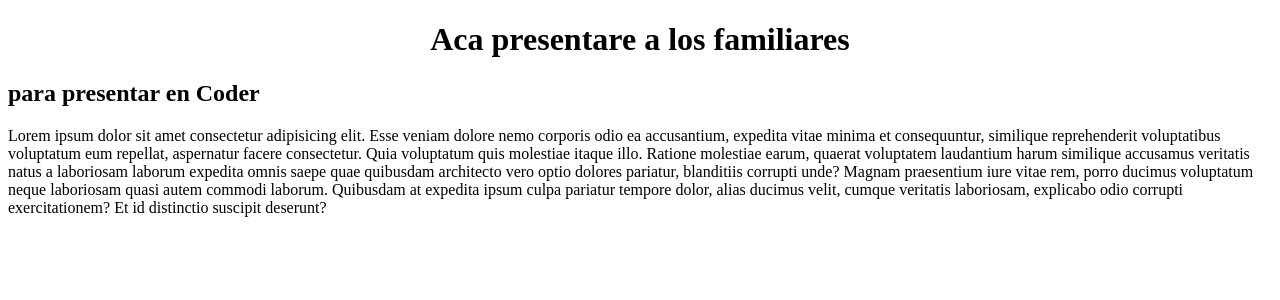
Repository: gadiazsaavedra/Familiares
Page: Familiares/Familiares/plantillas/template1.html
An editor plug-in stored every save of this project. The page is shown before and after the next save, followed by the edit.
The browser window is 1280 px wide. The pictures show the whole page.

Above is the page before, as saved 2021-12-07 16:17:30.

After the next save:
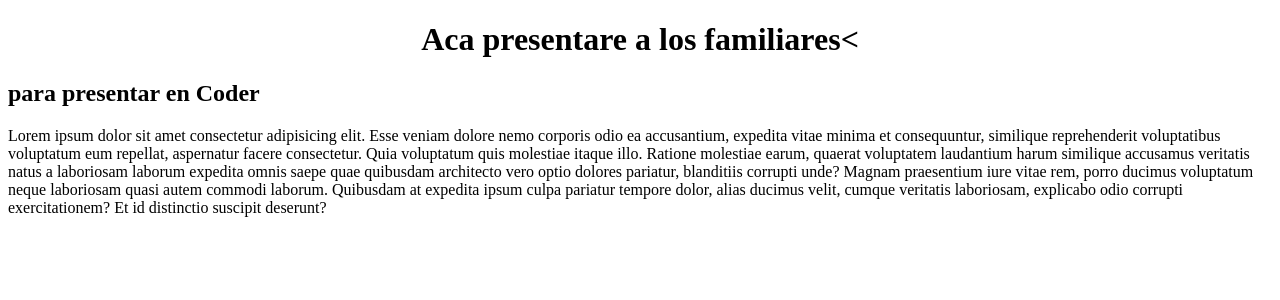
Saved 6 s later.
--- a/Familiares/Familiares/plantillas/template1.html
+++ b/Familiares/Familiares/plantillas/template1.html
@@ -7,7 +7,7 @@
     <title>Familia</title>
 </head>
 <body>
-    <h1><center>Aca presentare a los familiares</h1>
+    <h1><center>Aca presentare a los familiares<</h1>
     <h2>para presentar en Coder</h2>
     <p>Lorem ipsum dolor sit amet consectetur adipisicing elit. Esse veniam dolore nemo corporis odio ea accusantium, expedita vitae minima et consequuntur, similique reprehenderit voluptatibus voluptatum eum repellat, aspernatur facere consectetur. Quia voluptatum quis molestiae itaque illo. Ratione molestiae earum, quaerat voluptatem laudantium harum similique accusamus veritatis natus a laboriosam laborum expedita omnis saepe quae quibusdam architecto vero optio dolores pariatur, blanditiis corrupti unde? Magnam praesentium iure vitae rem, porro ducimus voluptatum neque laboriosam quasi autem commodi laborum. Quibusdam at expedita ipsum culpa pariatur tempore dolor, alias ducimus velit, cumque veritatis laboriosam, explicabo odio corrupti exercitationem? Et id distinctio suscipit deserunt?</p>
 </body>
